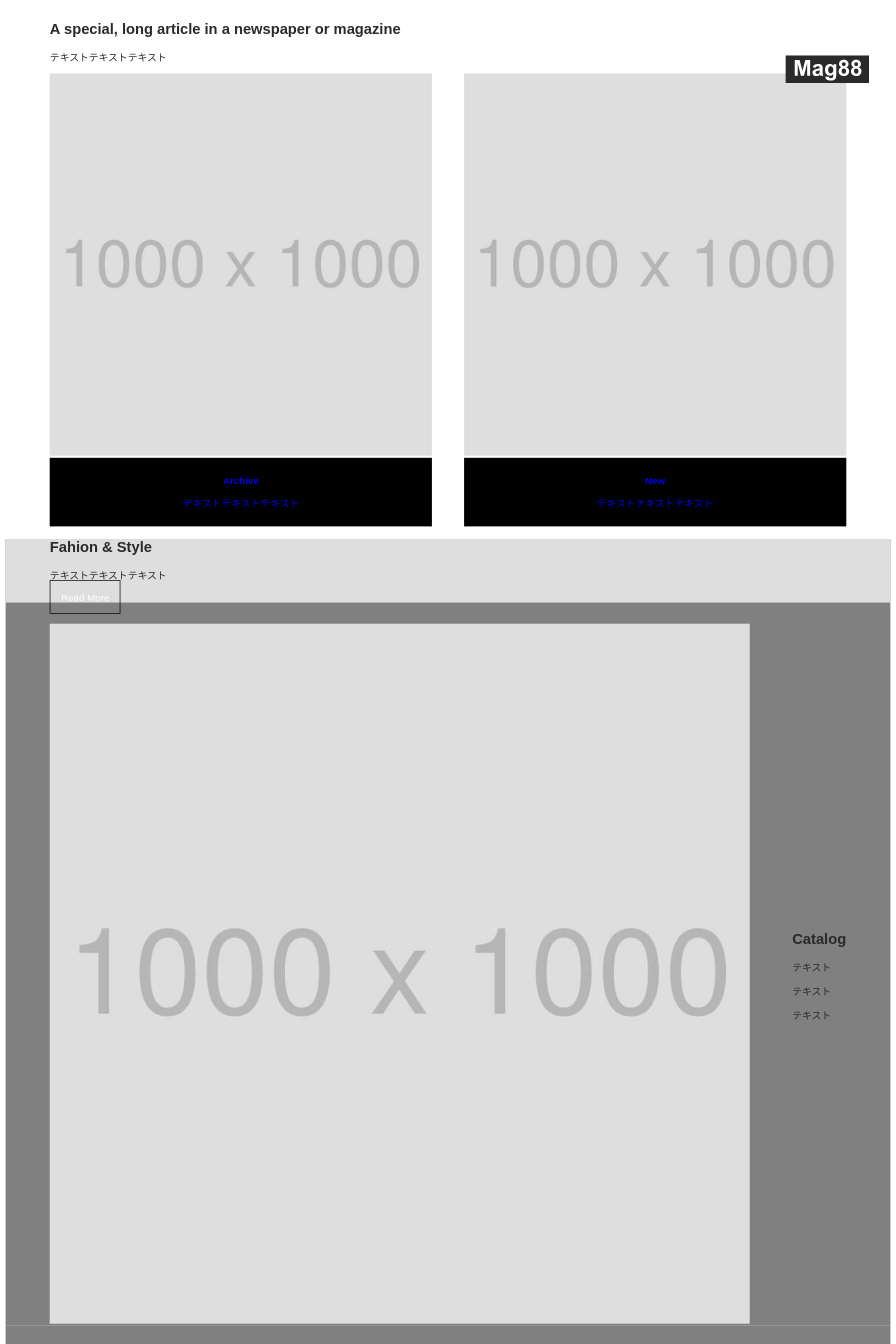
Repository: Fuki-san/bookstore
Page: http://localhost/book
An editor plug-in stored every save of this project. The page is shown before and after a run of saves, followed by the edit.
The browser window is 1280 px wide. The pictures show the part of the page from y = 0 to 1920 px (the page is 3068 px tall before and 3084 px after), at 70% of full size.
The page is served by the project's Laravel application, run on PHP 8.4 with Laravel 10. Other server files are loaded and not shown.

Above is the page before, as saved 2023-11-21 13:37:14.

### routes/web.php
<?php

use Illuminate\Support\Facades\Route;

/*
|--------------------------------------------------------------------------
| Web Routes
|--------------------------------------------------------------------------
|
| Here is where you can register web routes for your application. These
| routes are loaded by the RouteServiceProvider and all of them will
| be assigned to the "web" middleware group. Make something great!
|
*/

Route::get('/', function () {
    return view('welcome');
});

Route::get('book', function() {
    return view('bookstore');
})->name('book');

### resources/views/bookstore.blade.php
@extends('layouts.main')

@section('title', 'bookstore')

@section('content')
    <header id="header">
        <h1 class="site-title"><a href="#"><img src="img/logo.svg"></a></h1>
    </header>

    <main>
        <section class="wrapper" id="magazine">
            <h2 class="sec-title">A special, long article in a newspaper or magazine</h2>
            <p>テキストテキストテキスト</p>
            <div class="flex-item">
                <a href="#" class="item"><img src="img/magazine-archive.jpg"><div class="text"><p class="title">Archive</p><p>テキストテキストテキスト</p></div></a>
                <a href="#" class="item"><img src="img/magazine-new.jpg"><div class="text"><p class="title">New</p><p>テキストテキストテキスト</p></div></a>
            </div>
        </section>
        <section class="wrapper" id="fashion">
            <h2 class="sec-title">Fahion & Style</h2>
            <p>テキストテキストテキスト</p>
            <a href="#" class="btn">Read More</a>
        </section>
        <section id="catalog-antique">
            <div class="flex-item wrapper">
                <div class="item">
                    <img src="img/catalog.jpg">
                </div>
                <div class="item">
                    <h2 class="sec-title">Catalog</h2>
                    <p>テキスト</p>
                    <p>テキスト</p>
                    <p>テキスト</p>
                </div>
            </div>
        </section>

        <section id="catalog-antique">
            <div class="flex-item wrapper">
                <div class="item">
                    <h2 class="sec-title">Antique</h2>
                    <p>テキストテキストテキスト</p>
                    <p>テキストテキストテキスト</p>
                    <a href="#" class="btn">Read More</a>
                </div>
                <div class="item">
                    <img src="img/antique.jpg">
                </div>
            </div>
        </section>
    </main>

    <footer id="footer">
        <div class="flex-item wrapper">
            <div class="item"><a href="#"><img src="img/logo.svg"></a></div>
            <div class="item">
                <p class="title">タイトル</p>
                <ul>
                    <li>テキストテキストテキスト</li>
                    <li>テキストテキストテキスト</li>
                    <li>テキストテキストテキスト</li>
                </ul>
            </div>
            <div class="item">
                <p>テキストテキストテキストテキストテキスト</p>
            </div>
        </div>
        <p class="copyright">&copy; Mag88</p>
    </footer>
@endsection

### resources/views/layouts/main.blade.php
<!DOCTYPE html>
<html lang="ja">
<head>
    <meta charset="UTF-8">
    <meta name="viewport" content="width=device-width, initial-scale=1.0">
    <meta http-equiv="X-UA-Compatible" content="ie=edge">
    <link rel="stylesheet" href="{{ asset('css/reset.css') }}">
    <link rel="stylesheet" href="{{ asset('css/style.css') }}">
    <link rel="icon" href="img/favicon.ico">
    <title>@yield('title')</title>
</head>
<body>
    @yield('content')
</body>
</html>

### public/css/style.css
@charset "utf-8";

html{
    font-size: 100%;
}
body{
    font-size: 0.875rem;
    color: #2a2a2a;
    font-family: "Arial", "Hiragino Sans", "Hiragino Kaku Gothic ProN", "Meiryo", sans-serif;
}
a{
    text-decoration: none;
}
a:hover{
    opacity: 0.7;
}
img{
    max-width: 100%;
}
li{
    list-style: none;
}
/* content */
.wrapper{
    padding: 0 5%;
    margin: 0 auto;
    max-width: 1200px;
}
.sec-title{

}

.flex-item{
    display: flex;
    justify-content: space-between;
    align-items: center;
}
.site-title{
    position: absolute;
    top: 30px;
    right: 30px;
}
#header{
    background-image: url(../img/mainvisual.jpg);
    background-position: center top;
    background-repeat: no-repeat;
    background-size: cover;
    position: relative;
    margin: 0 0 30px 0;
}


#magazine .flex-item .item{
    width: 48%;
}
#magazine .text{
    background-color: black;
    text-align: center;
    padding: 10px 15px;
}
#magazine .title{
    font-weight: bold;
}
#fashion{
    background-image: url(../img/fashion.jpg);
    background-position: center bottom;
    background-repeat: no-repeat;
    background-size: cover;
    background-color: gray;
}
.btn{
    padding: 15px;
    border: solid 1px black;
    color: #fff;
}
#catalog-antique{
    background-color: gray;
    padding-top: 30px;
}
#footer{
    background-color: #242424;
}
#footer .item{
    width: 32%;
}

.copyright{
    background-color: #fff;
    text-align: center;
}

### public/img/logo.svg
<?xml version="1.0" encoding="utf-8"?>
<!-- Generator: Adobe Illustrator 15.1.0, SVG Export Plug-In . SVG Version: 6.00 Build 0)  -->
<!DOCTYPE svg PUBLIC "-//W3C//DTD SVG 1.1//EN" "http://www.w3.org/Graphics/SVG/1.1/DTD/svg11.dtd">
<svg version="1.1" id="レイヤー_1" xmlns="http://www.w3.org/2000/svg" xmlns:xlink="http://www.w3.org/1999/xlink" x="0px"
	 y="0px" width="120px" height="40px" viewBox="0 0 120 40" enable-background="new 0 0 120 40" xml:space="preserve">
<text transform="matrix(1 0 0 1 11.667 -25.8213)" fill="#2B3137" font-family="'Arial-BoldMT'" font-size="31.8021">Mag88</text>
<rect fill="#2A2A2A" width="120" height="40"/>
<g>
	<path fill="#FFFFFF" d="M13.351,29.333V6.568h6.879l4.13,15.529l4.084-15.529h6.895v22.765h-4.271v-17.92l-4.519,17.92h-4.425
		l-4.503-17.92v17.92H13.351z"/>
	<path fill="#FFFFFF" d="M43.134,17.872l-3.96-0.714c0.445-1.595,1.211-2.774,2.299-3.54c1.087-0.766,2.701-1.149,4.845-1.149
		c1.946,0,3.396,0.23,4.348,0.69c0.952,0.461,1.623,1.047,2.011,1.756c0.389,0.709,0.582,2.01,0.582,3.904l-0.046,5.094
		c0,1.449,0.069,2.518,0.21,3.207c0.139,0.688,0.4,1.426,0.783,2.213h-4.316c-0.113-0.29-0.254-0.72-0.419-1.289
		c-0.073-0.259-0.124-0.43-0.155-0.513c-0.746,0.725-1.543,1.269-2.392,1.63c-0.849,0.363-1.755,0.544-2.718,0.544
		c-1.697,0-3.035-0.46-4.014-1.382s-1.467-2.086-1.467-3.494c0-0.932,0.222-1.762,0.667-2.492c0.444-0.73,1.069-1.289,1.871-1.677
		c0.802-0.389,1.959-0.728,3.471-1.018c2.039-0.383,3.452-0.739,4.239-1.071v-0.435c0-0.839-0.207-1.437-0.621-1.794
		s-1.195-0.535-2.345-0.535c-0.776,0-1.382,0.152-1.817,0.458C43.755,16.571,43.403,17.106,43.134,17.872z M48.973,21.413
		c-0.559,0.187-1.444,0.409-2.655,0.668c-1.212,0.259-2.003,0.512-2.376,0.761c-0.569,0.403-0.854,0.916-0.854,1.537
		c0,0.61,0.227,1.14,0.683,1.584c0.456,0.445,1.035,0.667,1.739,0.667c0.787,0,1.537-0.258,2.252-0.775
		c0.527-0.394,0.875-0.875,1.04-1.444c0.114-0.373,0.171-1.081,0.171-2.128V21.413z"/>
	<path fill="#FFFFFF" d="M57.157,30.419l4.984,0.605c0.083,0.58,0.274,0.979,0.574,1.196c0.414,0.311,1.066,0.466,1.957,0.466
		c1.139,0,1.992-0.171,2.563-0.512c0.383-0.229,0.673-0.596,0.869-1.104c0.135-0.362,0.202-1.029,0.202-2.003v-2.407
		c-1.304,1.781-2.95,2.672-4.938,2.672c-2.215,0-3.97-0.938-5.264-2.811c-1.015-1.48-1.521-3.324-1.521-5.529
		c0-2.764,0.664-4.875,1.995-6.335c1.33-1.46,2.983-2.189,4.962-2.189c2.039,0,3.721,0.896,5.046,2.687v-2.314h4.084V27.64
		c0,1.946-0.161,3.4-0.481,4.363s-0.771,1.719-1.351,2.268c-0.58,0.549-1.354,0.979-2.321,1.289
		c-0.969,0.311-2.192,0.466-3.673,0.466c-2.795,0-4.778-0.479-5.947-1.437c-1.17-0.957-1.755-2.172-1.755-3.642
		C57.141,30.802,57.147,30.626,57.157,30.419z M61.054,20.745c0,1.75,0.339,3.031,1.017,3.844c0.679,0.813,1.515,1.219,2.508,1.219
		c1.066,0,1.967-0.416,2.703-1.25c0.734-0.834,1.102-2.068,1.102-3.703c0-1.709-0.352-2.977-1.056-3.805s-1.595-1.242-2.671-1.242
		c-1.045,0-1.907,0.406-2.586,1.219C61.393,17.839,61.054,19.079,61.054,20.745z"/>
	<path fill="#FFFFFF" d="M79.797,17.05c-1.129-0.477-1.949-1.131-2.462-1.965c-0.513-0.833-0.769-1.746-0.769-2.74
		c0-1.697,0.593-3.101,1.778-4.208c1.185-1.107,2.87-1.662,5.054-1.662c2.164,0,3.844,0.554,5.039,1.662
		c1.196,1.108,1.794,2.511,1.794,4.208c0,1.056-0.274,1.995-0.823,2.818c-0.549,0.822-1.32,1.451-2.313,1.887
		c1.263,0.508,2.224,1.248,2.88,2.221c0.658,0.973,0.986,2.096,0.986,3.369c0,2.102-0.67,3.811-2.011,5.125
		s-3.124,1.972-5.349,1.972c-2.071,0-3.795-0.544-5.172-1.63c-1.625-1.284-2.438-3.045-2.438-5.28c0-1.231,0.305-2.362,0.916-3.394
		C77.52,18.403,78.482,17.608,79.797,17.05z M80.293,22.407c0,1.201,0.309,2.138,0.924,2.811c0.616,0.673,1.385,1.01,2.307,1.01
		c0.9,0,1.646-0.324,2.236-0.971c0.59-0.647,0.885-1.582,0.885-2.803c0-1.066-0.301-1.924-0.9-2.57
		c-0.602-0.646-1.361-0.971-2.283-0.971c-1.066,0-1.861,0.367-2.383,1.103C80.555,20.751,80.293,21.548,80.293,22.407z
		 M80.698,12.655c0,0.869,0.246,1.547,0.737,2.034c0.491,0.486,1.146,0.729,1.964,0.729c0.828,0,1.491-0.246,1.988-0.737
		s0.745-1.173,0.745-2.042c0-0.818-0.246-1.473-0.737-1.965c-0.492-0.491-1.142-0.737-1.949-0.737c-0.838,0-1.506,0.249-2.003,0.745
		C80.946,11.18,80.698,11.837,80.698,12.655z"/>
	<path fill="#FFFFFF" d="M97.484,17.05c-1.128-0.477-1.948-1.131-2.462-1.965c-0.512-0.833-0.768-1.746-0.768-2.74
		c0-1.697,0.592-3.101,1.777-4.208c1.186-1.107,2.871-1.662,5.055-1.662c2.164,0,3.844,0.554,5.039,1.662
		c1.195,1.108,1.793,2.511,1.793,4.208c0,1.056-0.273,1.995-0.822,2.818c-0.549,0.822-1.32,1.451-2.314,1.887
		c1.264,0.508,2.224,1.248,2.881,2.221c0.658,0.973,0.986,2.096,0.986,3.369c0,2.102-0.67,3.811-2.012,5.125
		c-1.34,1.314-3.123,1.972-5.349,1.972c-2.071,0-3.794-0.544-5.171-1.63c-1.625-1.284-2.438-3.045-2.438-5.28
		c0-1.231,0.305-2.362,0.916-3.394C95.207,18.403,96.168,17.608,97.484,17.05z M97.981,22.407c0,1.201,0.308,2.138,0.924,2.811
		c0.615,0.673,1.385,1.01,2.307,1.01c0.9,0,1.646-0.324,2.235-0.971c0.591-0.647,0.886-1.582,0.886-2.803
		c0-1.066-0.301-1.924-0.901-2.57s-1.361-0.971-2.282-0.971c-1.066,0-1.861,0.367-2.384,1.103S97.981,21.548,97.981,22.407z
		 M98.385,12.655c0,0.869,0.245,1.547,0.736,2.034c0.492,0.486,1.146,0.729,1.965,0.729c0.828,0,1.49-0.246,1.988-0.737
		c0.496-0.491,0.744-1.173,0.744-2.042c0-0.818-0.246-1.473-0.736-1.965c-0.492-0.491-1.143-0.737-1.949-0.737
		c-0.839,0-1.506,0.249-2.004,0.745C98.633,11.18,98.385,11.837,98.385,12.655z"/>
</g>
</svg>

After the next 2 saves:
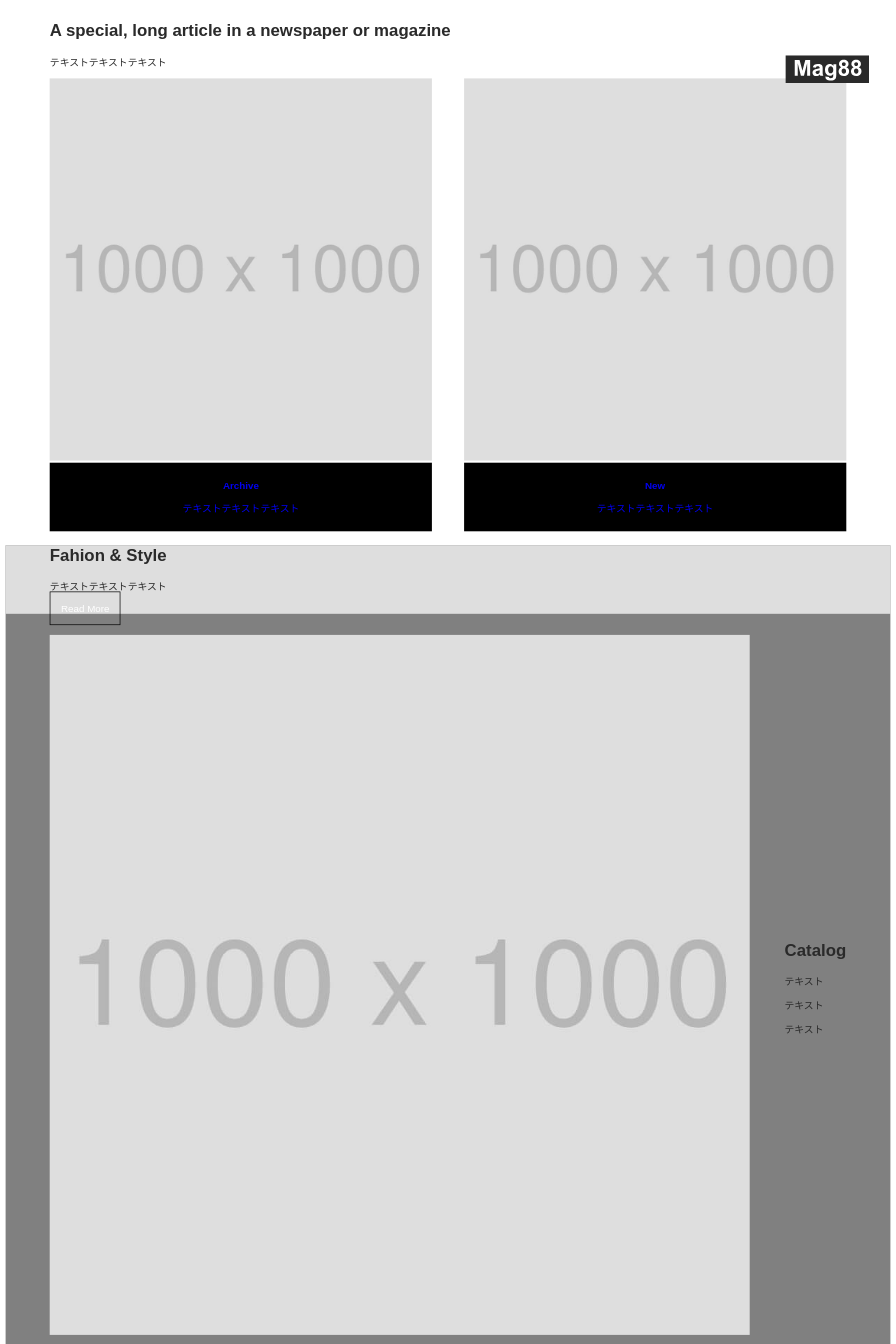
The 2 saves are shown as one change because they came seconds apart.
The last was saved 25 s later.
--- a/public/css/style.css
+++ b/public/css/style.css
@@ -27,7 +27,8 @@ li{
     max-width: 1200px;
 }
 .sec-title{
-
+    font-size: 1.5rem;
+    mar
 }
 
 .flex-item{
